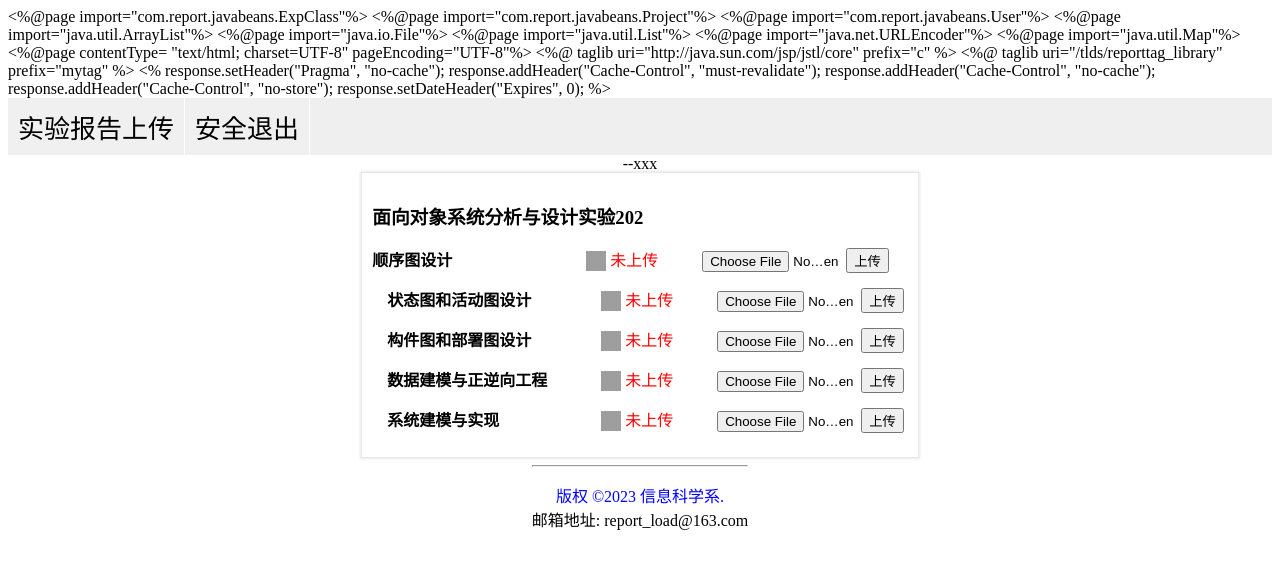
Repository: IAmJiangWenHao/ReportServer
Page: web/demo.html
An editor plug-in stored every save of this project. The page is shown before and after the next save, followed by the edit.
The browser window is 1280 px wide. The pictures show the whole page.
Pictures or frames that could not be fetched are drawn as grey boxes.

Above is the page before, as saved 2023-05-19 18:48:51.
Console error: SyntaxError: Invalid or unexpected token

### web/demo.html
<%@page import="com.report.javabeans.ExpClass"%>
<%@page import="com.report.javabeans.Project"%>
<%@page import="com.report.javabeans.User"%>
<%@page import="java.util.ArrayList"%>
<%@page import="java.io.File"%>
<%@page import="java.util.List"%>
<%@page import="java.net.URLEncoder"%>
<%@page import="java.util.Map"%>
<%@page contentType= "text/html; charset=UTF-8" pageEncoding="UTF-8"%>

<%@ taglib uri="http://java.sun.com/jsp/jstl/core" prefix="c" %>
<%@ taglib uri="/tlds/reporttag_library" prefix="mytag" %>
<!--script type="text/javascript" src="${pageContext.request.contextPath}/script/scriptV1.js?v=1.0"></script-->
<!DOCTYPE html>
<html>
  <%
    response.setHeader("Pragma", "no-cache");
    response.addHeader("Cache-Control", "must-revalidate");
    response.addHeader("Cache-Control", "no-cache");
    response.addHeader("Cache-Control", "no-store");
    response.setDateHeader("Expires", 0);
  %>
  <head>
    <meta http-equiv="Content-Type" content="text/html; charset=UTF-8">
    <title >实验上传系统 </title>
  </head>
  <body>
    <style>
            .topbar-item{
        padding: 10px;
        border-right: 1px solid white;
        cursor:hand;
        background-color: rgba(240, 240, 240, 1)
      }
      .topbar-item:hover{
        background-color: gainsboro


      }
      #course1{
        padding: 10px;
        box-shadow: 0 0 2px 2px rgba(30, 30, 4, 0.1);
      }
      #course1:hover{
        box-shadow: 0 0 2px 2px rgba(30, 30, 4, 0.3);
      }
      #course1 tbody tr {
      display: flex;
      border-radius: 20px;
      width: auto;
      height: auto;
      padding: 10px;
      font-size: 26px;
      background-color: #fff;
      position: relative;
      justify-content: flex-start
    }
    #course1 tbody tr td a{
      color: #000;
      text-decoration:none;
    }
    #course1 tbody tr td a:hover{
      box-shadow: 0 0 10px 5px rgba(30, 30, 4, 0.3);
    }
    #course1 tbody tr td input{
      border: 0;
      height: 100%;
      background-color: #fff;
    }
    #course1 tbody tr td input:hover{
      border: 0;
      box-shadow: 0 0 10px 5px rgba(30, 30, 4, 0.3);
    }
    </style>
    <div style="display:flex;font-size: 26px;background-color: buttonface;">
      <div class="topbar-item" color="black"> 实验报告上传</div>
      <div class="topbar-item"><a style="color: black;text-decoration:none;" href="exit.jsp">安全退出</a></div>
    </div>
    <div style="display: flex; flex-direction:column;align-items: center;">
      <div >--xxx</div>

      <!-- 课程 -->

        <div id="course1">
          <h3 style="display:inline-block"><div id="">面向对象系统分析与设计实验202</div> </h3>
          <!-- 实验项目 -->

            <div id="project11">
              <b><div id="prj" style="height:40px;width:200px;display:inline-block;">顺序图设计</div></b>
              <div style="display:inline-block;padding-left:10px" id="prj11">
                <div id="result" style="width:100px;display:inline-block;">

                    <img style="vertical-align:bottom" height="20px;" width="20px" src="img/undone.jpg">
                    <font color="#FF0000">未上传&nbsp;</font>

                </div>
                &nbsp;&nbsp;
                <input type="file" id="file11" style="width:140px;" onchange="fileChange(this);">
                <input type="button" id="btn11" value="上传" onclick="upload(this.id)">
                <div id="progress" class="progress" style="display:inline-block;">
                  <div style="text-align:center" id="step" class="step"> </div>
                </div>
              </div>
            </div>

            <div id="project12">
              <b><div id="prj" style="height:40px;width:200px;display:inline-block;padding-left:15px">状态图和活动图设计</div></b>
              <div style="display:inline-block;padding-left:10px" id="prj12">
                <div id="result" style="width:100px;display:inline-block;">

                    <img style="vertical-align:bottom" height="20px;" width="20px" src="img/undone.jpg">
                    <font color="#FF0000">未上传&nbsp;</font>

                </div>
                &nbsp;&nbsp;
                <input type="file" id="file12" style="width:140px;" onchange="fileChange(this);">
                <input type="button" id="btn12" value="上传" onclick="upload(this.id)">
                <div id="progress" class="progress" style="display:inline-block;">
                  <div style="text-align:center" id="step" class="step"> </div>
                </div>
              </div>
            </div>

            <div id="project13">
              <b><div id="prj" style="height:40px;width:200px;display:inline-block;padding-left:15px">构件图和部署图设计</div></b>
              <div style="display:inline-block;padding-left:10px" id="prj13">
                <div id="result" style="width:100px;display:inline-block;">

                    <img style="vertical-align:bottom" height="20px;" width="20px" src="img/undone.jpg">
                    <font color="#FF0000">未上传&nbsp;</font>

                </div>
                &nbsp;&nbsp;
                <input type="file" id="file13" style="width:140px;" onchange="fileChange(this);">
                <input type="button" id="btn13" value="上传" onclick="upload(this.id)">
                <div id="progress" class="progress" style="display:inline-block;">
                  <div style="text-align:center" id="step" class="step"> </div>
                </div>
              </div>
            </div>

            <div id="project14">
              <b><div id="prj" style="height:40px;width:200px;display:inline-block;padding-left:15px">数据建模与正逆向工程</div></b>
              <div style="display:inline-block;padding-left:10px" id="prj14">
                <div id="result" style="width:100px;display:inline-block;">

                    <img style="vertical-align:bottom" height="20px;" width="20px" src="img/undone.jpg">
                    <font color="#FF0000">未上传&nbsp;</font>

                </div>
                &nbsp;&nbsp;
                <input type="file" id="file14" style="width:140px;" onchange="fileChange(this);">
                <input type="button" id="btn14" value="上传" onclick="upload(this.id)">
                <div id="progress" class="progress" style="display:inline-block;">
                  <div style="text-align:center" id="step" class="step"> </div>
                </div>
              </div>
            </div>

            <div id="project15">
              <b><div id="prj" style="height:40px;width:200px;display:inline-block;padding-left:15px">系统建模与实现</div></b>
              <div style="display:inline-block;padding-left:10px" id="prj15">
                <div id="result" style="width:100px;display:inline-block;">

                    <img style="vertical-align:bottom" height="20px;" width="20px" src="img/undone.jpg">
                    <font color="#FF0000">未上传&nbsp;</font>

                </div>
                &nbsp;&nbsp;
                <input type="file" id="file15" style="width:140px;" onchange="fileChange(this);">
                <input type="button" id="btn15" value="上传" onclick="upload(this.id)">
                <div id="progress" class="progress" style="display:inline-block;">
                  <div style="text-align:center" id="step" class="step"> </div>
                </div>
              </div>
            </div>

        </div>

      <div>
        <hr><p align="center"><font color="blue">
    版权 ©2023  信息科学系.</font>
<br>邮箱地址: report_load@163.com

      </p></div>
    </div>

      <script>
var isIE = /msie/i.test(navigator.userAgent) && !window.opera;
function fileChange(target) {
  var fileSize = 0;
  var filetypes = [".pdf"];
  var filepath = target.value;
  var filemaxsize = 1024 * 8;//8M
  if (filepath) {
    var isnext = false;
    var fileend = filepath.substring(filepath.lastIndexOf("."));
    if (filetypes && filetypes.length > 0) {
      for (var i = 0; i < filetypes.length; i++) {
        if (filetypes[i] === fileend) {
          isnext = true;
          break;
        }
      }
    }
    if (!isnext) {
      alert("不接受此文件类型！");
      target.value = "";
      return false;
    }
  } else {
    return false;
  }
  if (isIE && !target.files) {
    var filePath = target.value;
    var fileSystem = new ActiveXObject("Scripting.FileSystemObject");
    if (!fileSystem.FileExists(filePath)) {
      alert("附件不存在，请重新输入！");
      return false;
    }
    var file = fileSystem.GetFile(filePath);
    fileSize = file.Size;
  } else {
    fileSize = target.files[0].size;
  }
  var size = fileSize / 1024;
  if (size > filemaxsize) {
    alert("附件大小不能大于" + filemaxsize / 1024 + "M！");
    target.value = "";
    return false;
  }
  if (size <= 0) {
    alert("附件大小不能为0M！");
    target.value = "";
    return false;
  }
}
function Check()
{
  for (var i = 0; i < document.form1.elements.length - 1; i++)
  {
    if (document.form1.elements[i].value === "")
    {
      alert("不可空！");
      document.form1.elements[i].focus();
      return false;
    }
  }
  return true;
}

function getAppPath() {
  //获取当前URL
  var curURL = window.document.location.href;
  //获取主机地址之后的路径部分（就是文件地址）
  var pathName = window.document.location.pathname;
  var pos = curURL.indexOf(pathName);
  //获取应用地址
  var host = curURL.substring(0, pos);
  //获取带"/"的应用名，如：/***
  var webAppName = pathName.substring(0, pathName.substr(1).indexOf('/') + 1);
  return host + webAppName;
}

function getFile(id) {
  var prj = id.parentElement.parentElement.parentElement;
  var courseID = prj.parentElement.getElementsByTagName("div")[0].innerHTML.toString();
  var projectID = prj.getElementsByTagName("div")[0].innerHTML.toString();
  const durl = getAppPath() + "/browsePDFV1.do?projectID=" + encodeURIComponent(projectID) + "&&courseID=" + encodeURIComponent(courseID);
  //browsePDF.do 后端传送实验报告
  window.open(durl);
}
function openPostWindow(id){
     var prj = id.parentElement.parentElement.parentElement;
     var data=new Array;
     var key=new Array;
     key[0]="courseID";
     key[1]="projectID";
  data[0]= prj.parentElement.getElementsByTagName("div")[0].innerHTML.toString();
  data[1]= prj.getElementsByTagName("div")[0].innerHTML.toString();

    //创建form表单，以下是form表单的各种参数
    let tempForm = document.createElement("form");
    tempForm.id = "tempForm";
    tempForm.method = "post";
    tempForm.action = getAppPath() + "/browsePDFV1.do";
    //tempForm.target = 'blank';
    tempForm.download = ""
    //创建标签 <input></input> 标签 然后设定属性，最后追加为 form标签的子标签
    for (let i in data) {
       alert(key[i],data[i])
        let hideInput = document.createElement("input")
        hideInput.type = "hidden"
        hideInput.name =key[i]
        hideInput.value = data[i]
        tempForm.appendChild(hideInput)
    }
    if (document.all) {
      tempForm.attachEvent("onsubmit", function () {
      });        //IE
    } else {
      let subObj = tempForm.addEventListener("submit", function () {
      }, false);    //firefox
    }
    document.body.appendChild(tempForm);
    if (document.all) {
      tempForm.fireEvent("onsubmit");
    } else {
      tempForm.dispatchEvent(new Event("submit"));
    }
    tempForm.submit();//提交POST请求
    document.body.removeChild(tempForm);//删除整个form标签

  };



function upload(id) {
  var s;
  s = document.getElementById(id).parentElement.id;
  var prj = document.getElementById(s).parentElement;
  const courseID = prj.parentElement.getElementsByTagName("div")[0].innerHTML.toString();
  const projectID = prj.getElementsByTagName("div")[0].innerHTML.toString();
  //alert(courseID);
  //alert(projectID);
  //return;
  //var course = prj.parentElement.getElementsByTagName("div")[0].innerHTML;
  const fileid = document.getElementById(s).getElementsByTagName("input")[0];
  var uploadFile;
  const result = document.getElementById(s).getElementsByTagName("div")[0];
  const btn = document.getElementById(s).getElementsByTagName("input")[1];
  const step = document.getElementById(s).getElementsByTagName("div")[2];
  if (fileid.value === "")
  {
    alert("文件不可空！");
    fileid.focus();
    return false;
  }
  var files = fileid.files;
  if (files.length === 0) {
    return;
  }
  uploadFile = files[0];
  var formData = new FormData();
  formData.append("projectId", projectId);//项目名
  formData.append("courseId", courseId);//课程名
  formData.append("file", uploadFile); // 后端通过 'file' 获取
  //1.创建请求对象
  const xhr = new XMLHttpRequest();
  //2.设置请求行(get请求数据写在url后面)
  xhr.open("post", "/WebApp_report/uploadCourseServlet");//!!!!!!!!!!!!!!!!!!!!!!!!!!!!!!!!!!!!!!!
  //upload.do 后端处理上传文件
  //3.设置请求头(get请求可以省略,post不发送数据也可以省略)
  // 如果使用 formData可以不写 请求头 写了 无法正常上传文件
  //  xhr.setRequestHeader("Content-type","application/x-www-form-urlencoded");
  // XHR2.0新增 上传进度监控
  xhr.upload.onprogress = function (event) {
    var percent = event.loaded / event.total * 100 + '%';
    //console.log(percent);
    // 设置进度条内部step的 宽度
    step.style.width = percent;
    //console.log(step.id);
  };
  //4.请求主体发送(get请求为空，或者写null，post请求数据写在这里，如果没有数据，直接为空或者写null)
  xhr.send(formData);
  //注册回调函数
  xhr.onload = function () {
    console.log(xhr.responseText);
    if (xhr.readyState === 4) {
      //判断响应码 2XX 表示成功
      if (xhr.status >= 200 && xhr.status <= 300) {
        //处理结果
        // console.log("test Post");//状态码
        //设置 result 显示的文本内容
        fileid.value = "";
        if (xhr.response.toString() === "文件上传成功！") {
          var fileName = "${user.username}-${user.fullname}-";
          fileName += prj.getElementsByTagName("div")[0].innerHTML.toString();
          result.innerHTML = "<a href='#'id='" + new Date().getTime() + "' onclick='getFile(this)'>" + "<img style='vertical-align: middle;' height='20px;' width='20px' src='img/check.jpg'/>检查上传</a>";
          step.innerHTML = "100%";
        } else
          step.innerHTML =xhr.response.toString();
      }
    }
  };
}
/*
function reload() {
  //1.创建请求对象
  const xhr = new XMLHttpRequest();
  //2.设置请求
  xhr.open("post", "/WebApp_report/LoadData.do");
  //3.发送请求
  xhr.send();
  //注册回调函数
  xhr.onload = function () {
    console.log(xhr.responseText);
    if (xhr.readyState === 4) {
      //判断响应码 2XX 表示成功
      if (xhr.status >= 200 && xhr.status <= 300) {
        //处理结果
        if (xhr.response.toString() === "courseData数据更新！") {
          console.log("courseData已更新");
        }
      }
    }
  };
}
</script>
</body>
</html>

After the next save:
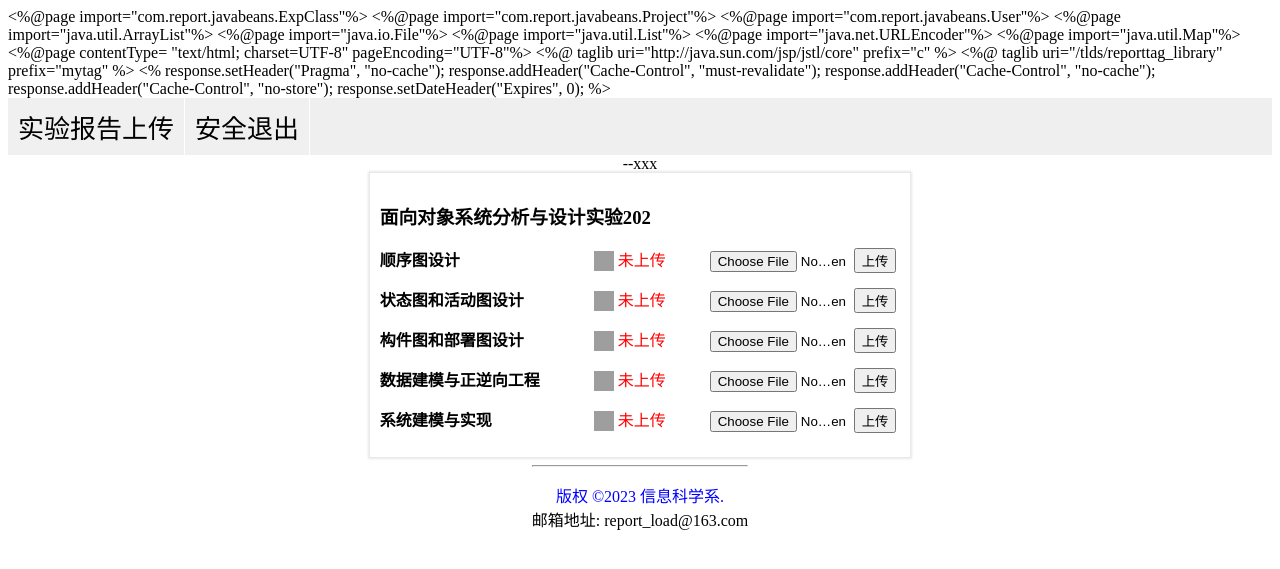
Saved 16 s later.
--- a/web/demo.html
+++ b/web/demo.html
@@ -104,7 +104,7 @@
             </div>
 
             <div id="project12">
-              <b><div id="prj" style="height:40px;width:200px;display:inline-block;padding-left:15px">状态图和活动图设计</div></b>
+              <b><div id="prj" style="height:40px;width:200px;display:inline-block;">状态图和活动图设计</div></b>
               <div style="display:inline-block;padding-left:10px" id="prj12">
                 <div id="result" style="width:100px;display:inline-block;">
 
@@ -122,7 +122,7 @@
             </div>
 
             <div id="project13">
-              <b><div id="prj" style="height:40px;width:200px;display:inline-block;padding-left:15px">构件图和部署图设计</div></b>
+              <b><div id="prj" style="height:40px;width:200px;display:inline-block;">构件图和部署图设计</div></b>
               <div style="display:inline-block;padding-left:10px" id="prj13">
                 <div id="result" style="width:100px;display:inline-block;">
 
@@ -140,7 +140,7 @@
             </div>
 
             <div id="project14">
-              <b><div id="prj" style="height:40px;width:200px;display:inline-block;padding-left:15px">数据建模与正逆向工程</div></b>
+              <b><div id="prj" style="height:40px;width:200px;display:inline-block;">数据建模与正逆向工程</div></b>
               <div style="display:inline-block;padding-left:10px" id="prj14">
                 <div id="result" style="width:100px;display:inline-block;">
 
@@ -158,7 +158,7 @@
             </div>
 
             <div id="project15">
-              <b><div id="prj" style="height:40px;width:200px;display:inline-block;padding-left:15px">系统建模与实现</div></b>
+              <b><div id="prj" style="height:40px;width:200px;display:inline-block;">系统建模与实现</div></b>
               <div style="display:inline-block;padding-left:10px" id="prj15">
                 <div id="result" style="width:100px;display:inline-block;">
 
